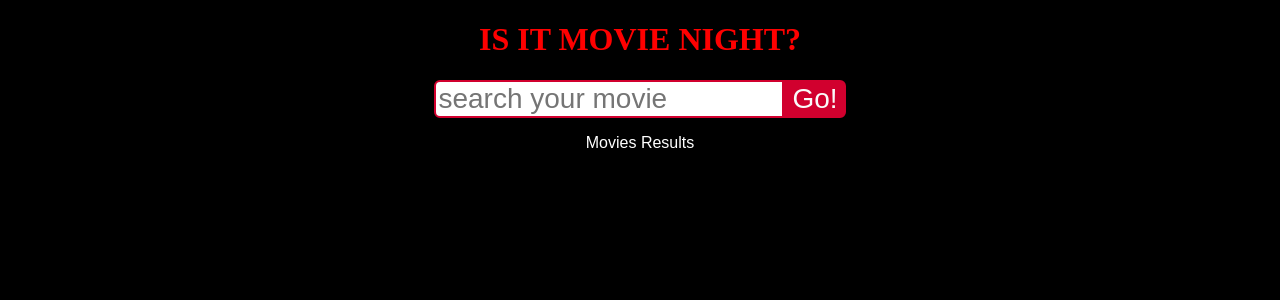
Repository: runner855/movies-app
Page: /
The author's editor kept a copy of each file at every save. The page is drawn from the files as they stood at one save, then again after a run of saves.
The browser window is 1280 px wide. The pictures show the whole page.
The project was rebuilt for these pictures with package versions that can differ from the ones it lists, and the page was loaded fresh each time. Also part of the build but not shown: src/requests/getMovies.js.

Above is the page before, as saved 2021-06-16 18:38:04.

After the next 6 saves:
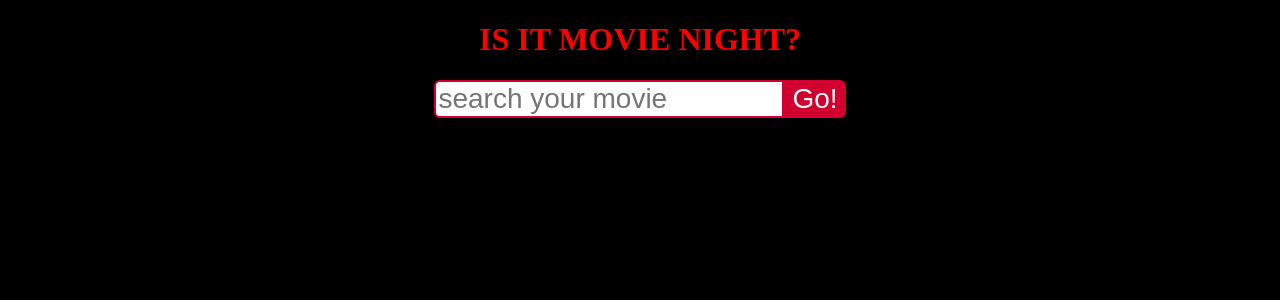
The 6 saves are shown as one change because 5 did not build or start.
The last was saved 4 min 21 s later.
--- a/src/components/App.js
+++ b/src/components/App.js
@@ -1,9 +1,8 @@
 import React, { useState } from "react";
 import "../styles/App.css";
-import MoviesResults from "../components/MoviesResults";
+import Movies from "../requests/Movies";
 import Header from "../components/header";
 import Search from "../components/Search";
-import Movies from "../requests/Movies";
 
 const App = () => {
   const [moviesResults, setMoviesResults] = useState();
@@ -11,7 +10,6 @@
     <div className="App">
       <Header />
       <Search setMoviesResults={setMoviesResults} />
-      <MoviesResults results={moviesResults} />
       <Movies />
     </div>
   );
--- a/src/components/MoviesResults.js
+++ b/src/components/MoviesResults.js
@@ -2,7 +2,7 @@
 import "../styles/MoviesResults.css";
 
 const MoviesResults = ({ results }) => {
-  if (!results) {
+  if (!results.length) {
     return <p>Movies Results</p>;
   } else {
     return (
--- a/src/components/Search.js
+++ b/src/components/Search.js
@@ -1,13 +1,13 @@
 import React, { useState } from "react";
 import "../styles/Search.css";
-import getMovies from "../requests/getMovies";
+import Movies from "../requests/Movies";
 
 const Search = ({ setMoviesResults }) => {
   const [value, setValue] = useState();
 
   const handleSubmit = (event) => {
     event.preventDefault();
-    getMovies(value);
+    Movies(value);
   };
   return (
     <>
